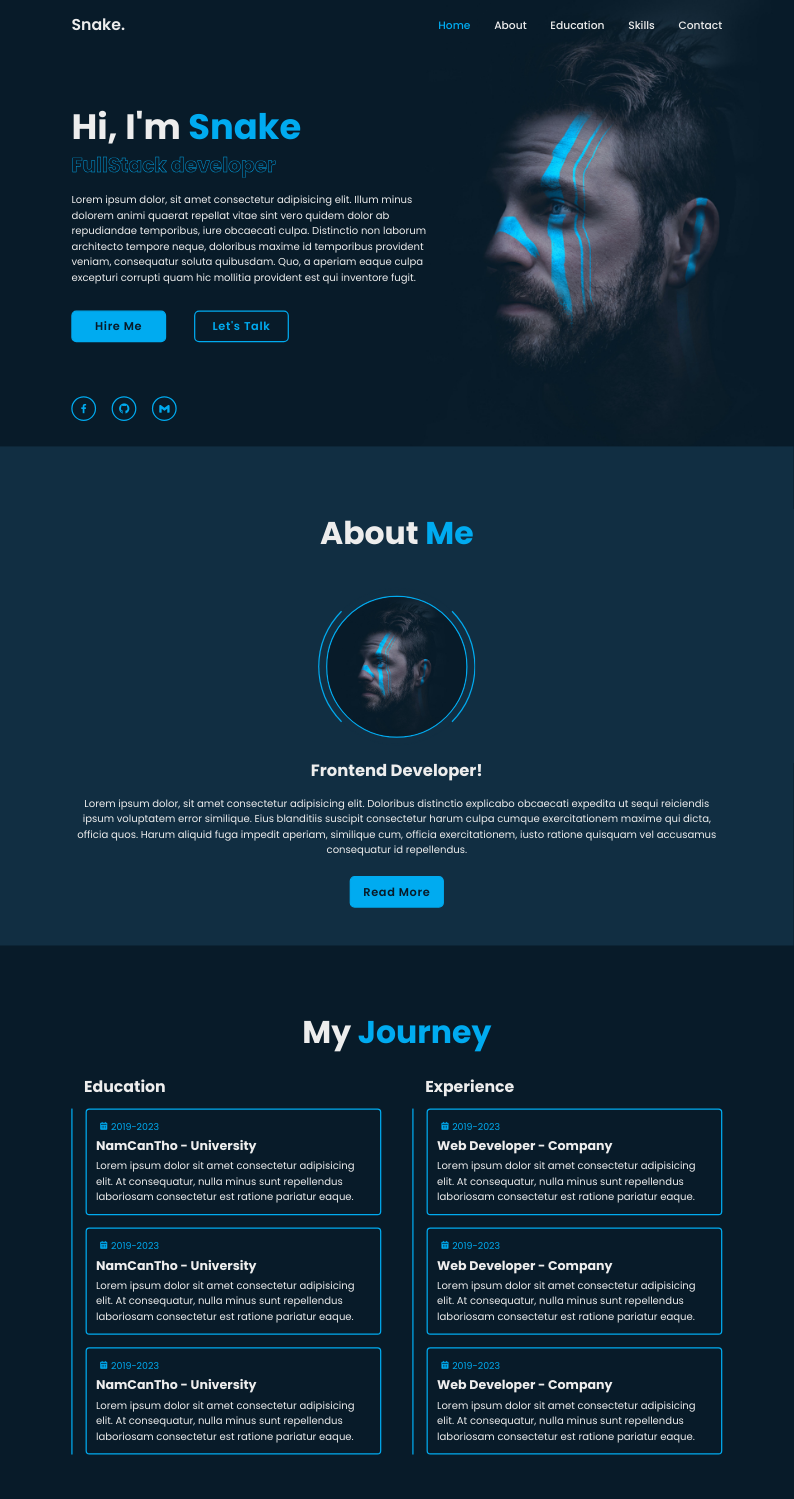
Repository: Tanty102/About_Me
Page: index.html
The author's editor kept a copy of each file at every save. The page is drawn from the files as they stood at one save, then again after a run of saves.
The browser window is 1280 px wide. The pictures show the whole page, at 62% of full size.

Above is the page before, as saved 2023-09-12 18:45:05.

After the next 3 saves:
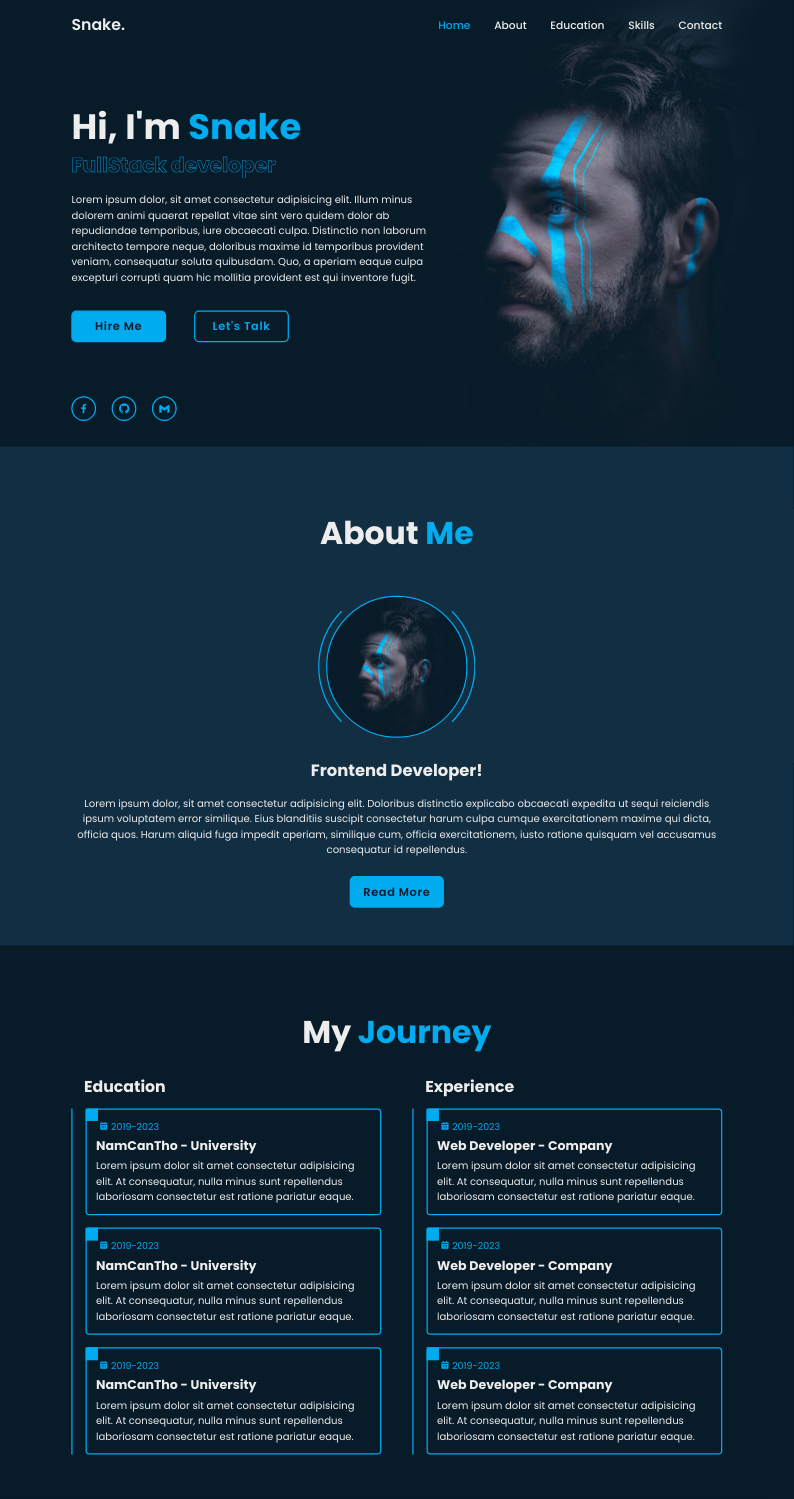
The 3 saves are shown as one change because they came seconds apart.
The last was saved 21 s later.
--- a/style.css
+++ b/style.css
@@ -336,7 +336,9 @@ span {
   position: absolute;
   top: 0;
   width: 2rem;
-  height: 0;
+  height: 2rem;
+  background: var(--main-color);
+  br
 }
 
 .education-content .content {
